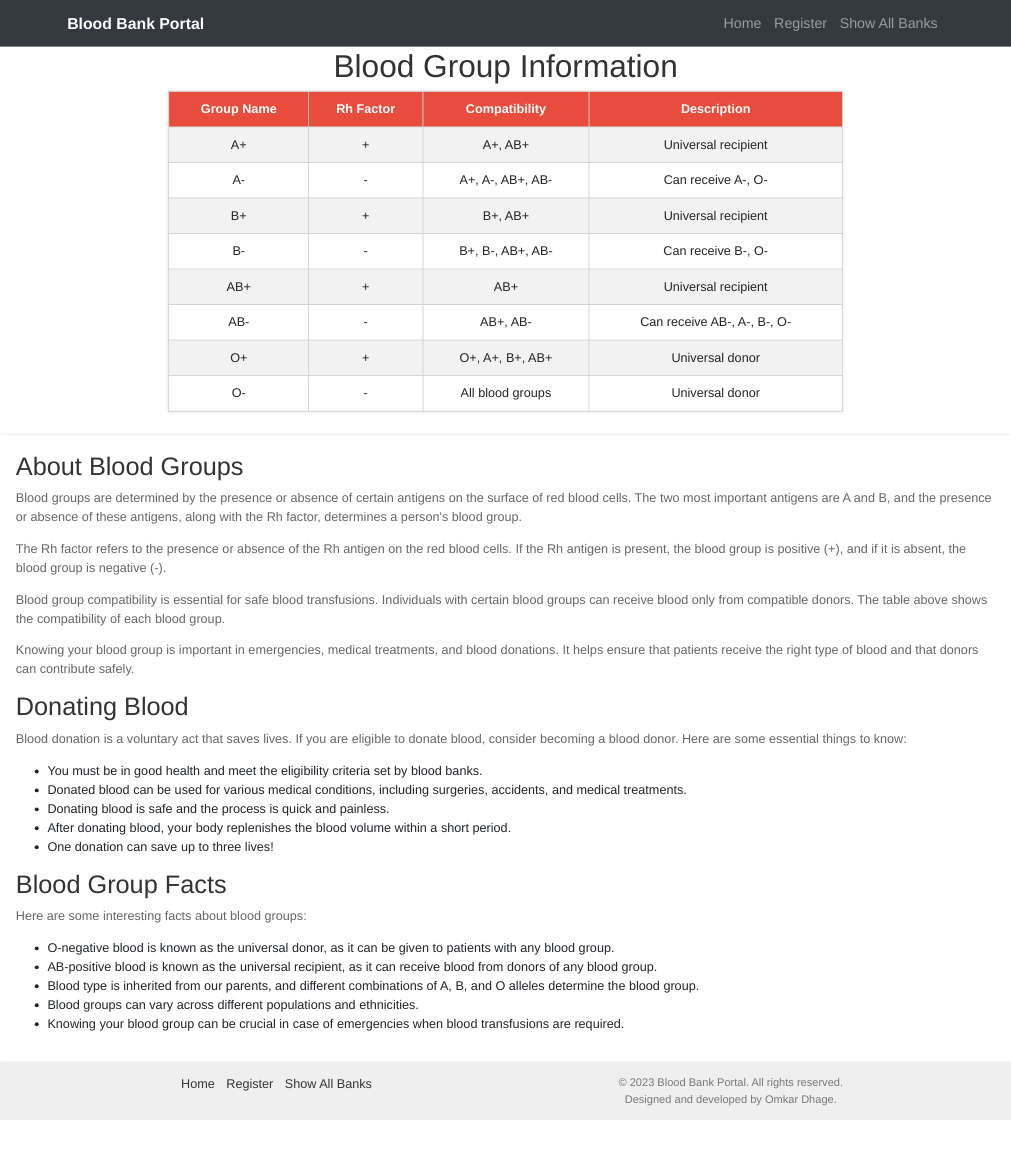
Repository: omi4535/Decentralized_Blood_Bank_System
Page: http://localhost/blood_bank_system/blood_groups_info.jsp
An editor plug-in stored every save of this project. The page is shown before and after the next save, followed by the edit.
The browser window is 1280 px wide. The pictures show the whole page, at 79% of full size.
Some web libraries are served in a nearby version. The page is served by Tomcat 9.

Above is the page before, as saved 2023-07-04 19:50:04.

After the next save:
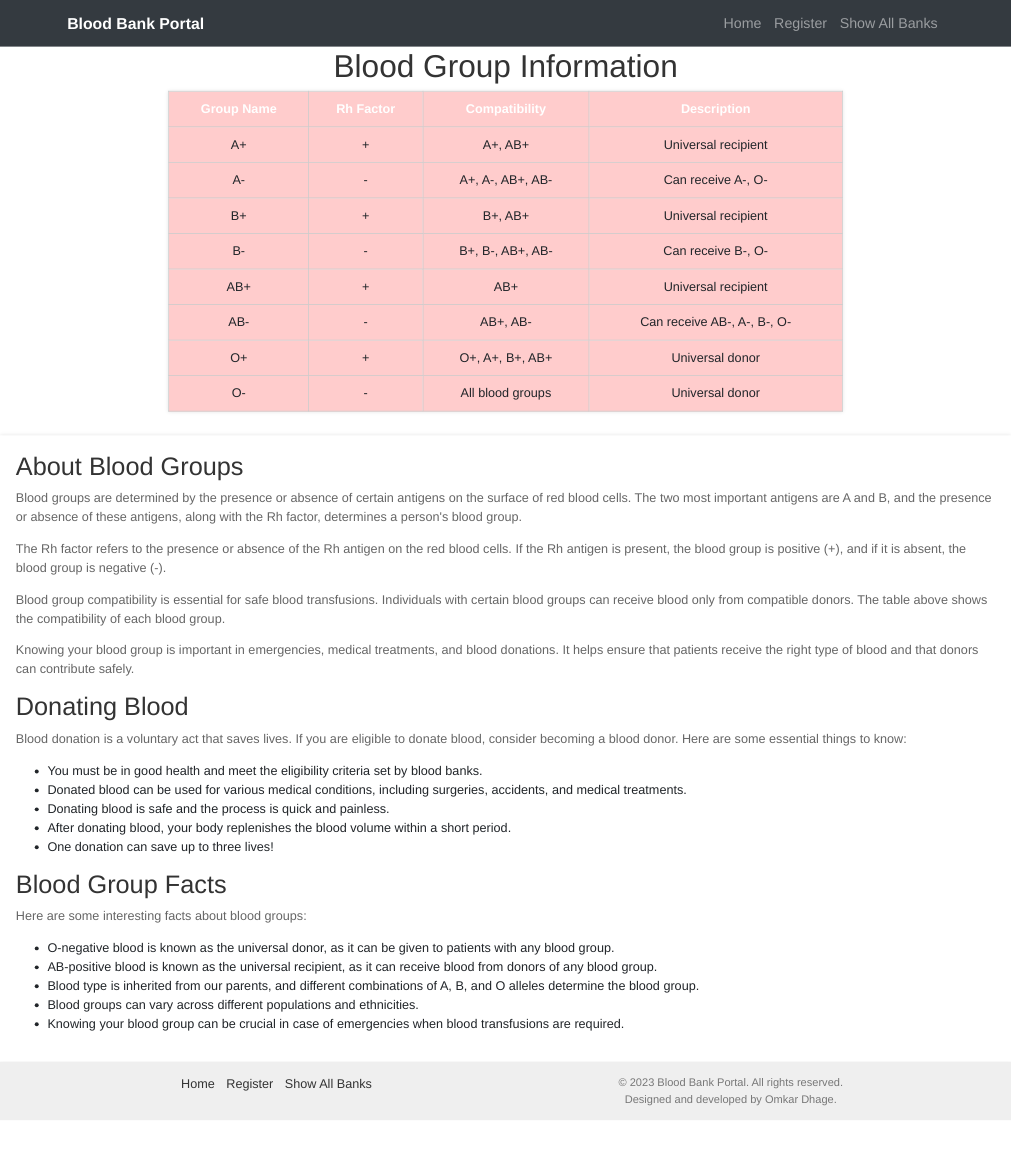
Saved 80 s later.
--- a/blood bank system/src/main/webapp/blood_groups_info.jsp
+++ b/blood bank system/src/main/webapp/blood_groups_info.jsp
@@ -66,6 +66,8 @@
     }
 
     th, td {
+
+    background-color: #ffcccc;
      text-align: center;
         padding: 10px;
         border: 1px solid #CCCCCC; /* Light gray border color for table cells */
